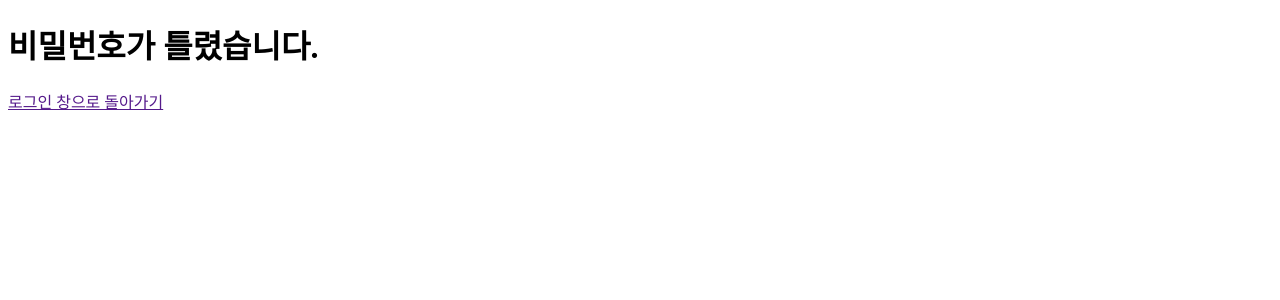
Repository: gowjd4419/jsp
Page: http://localhost/JSPBasic/jspobject/cookie/login_pw_fail.jsp
An editor plug-in stored every save of this project. The page is shown before and after the next save, followed by the edit.
The browser window is 1280 px wide. The pictures show the whole page.
The page is served by Tomcat 9.

Above is the page before, as saved 2022-03-29 08:35:23.

### JSPBasic/src/main/webapp/jspobject/cookie/login_pw_fail.jsp
<%@ page language="java" contentType="text/html; charset=UTF-8"
    pageEncoding="UTF-8"%>
<!DOCTYPE html>
<html>
<head>
<meta charset="UTF-8">
<title>Insert title here</title>
</head>
<body>
<h1>비밀번호가 틀렸습니다.</h1>
<a href="">로그인 창으로 돌아가기</a>
</body>
</html>

After the next save:
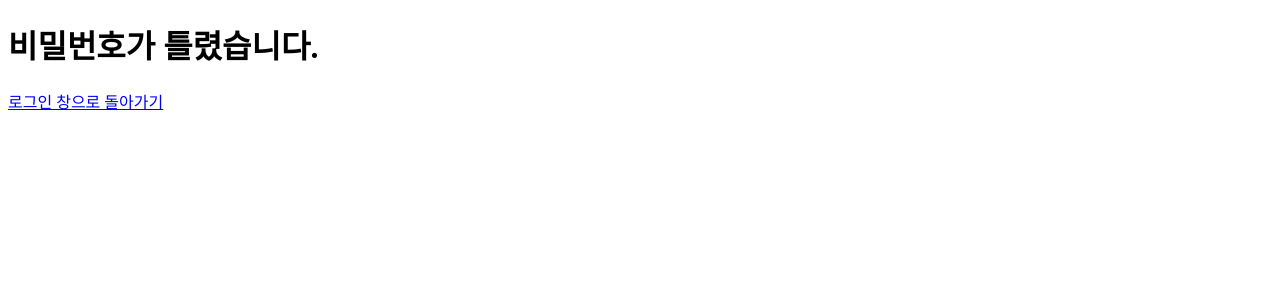
Saved 9 s later.
--- a/JSPBasic/src/main/webapp/jspobject/cookie/login_pw_fail.jsp
+++ b/JSPBasic/src/main/webapp/jspobject/cookie/login_pw_fail.jsp
@@ -8,6 +8,6 @@
 </head>
 <body>
 <h1>비밀번호가 틀렸습니다.</h1>
-<a href="">로그인 창으로 돌아가기</a>
+<a href="http://localhost:8181/JSPBasic/jspobject/cookie/cookie_login.jsp">로그인 창으로 돌아가기</a>
 </body>
 </html>
